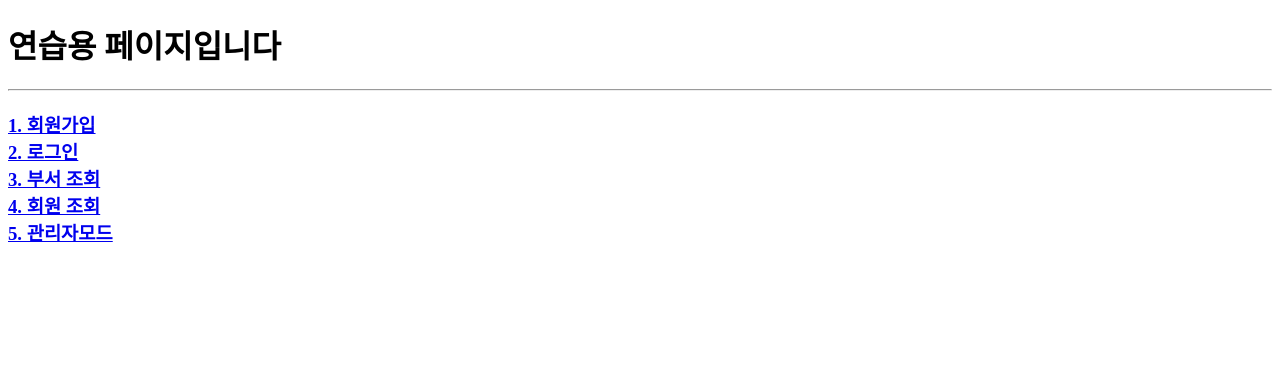
Repository: loseminho/khAcademy-Study
Page: http://localhost/02_SpringMVC_CRUD_TEST/
These files come from the project's save history. The page is drawn as it stood at one moment and after the next save; the edit follows.
The browser window is 1280 px wide. The pictures show the whole page.
The page is served by Tomcat 9. Other server files are loaded and not shown.

Above is the page before, as saved 2022-09-30 08:50:40.

### spring/workspace-sts-3.9.13.RELEASE/02_SpringMVC_CRUD_TEST/src/main/webapp/index.jsp
<%@ page language="java" contentType="text/html; charset=UTF-8"
    pageEncoding="UTF-8"%>
<!DOCTYPE html>
<html>
<head>
<meta charset="UTF-8">
<title>Insert title here</title>
</head>
<body>
	<h1>연습용 페이지입니다</h1>
	<hr>
	<h3>
		<a href="/">1. 회원가입</a><br>
		<a href="/">2. 로그인</a><br>
		<a href="/">3. 부서 조회</a><br>
		<a href="/">4. 회원 조회</a><br>
		<a href="/">5. 관리자모드</a><br>
	</h3>
</body>
</html>

After the next save:
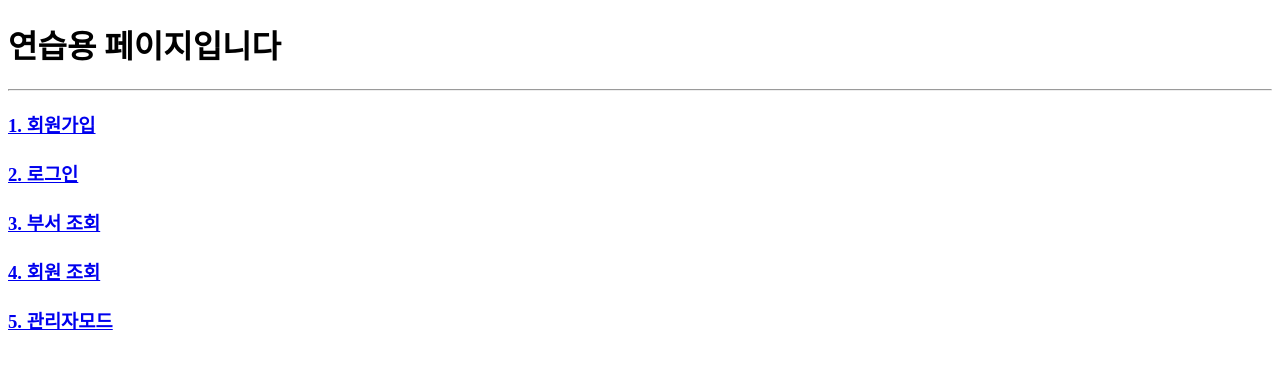
Saved 7 s later.
--- a/spring/workspace-sts-3.9.13.RELEASE/02_SpringMVC_CRUD_TEST/src/main/webapp/index.jsp
+++ b/spring/workspace-sts-3.9.13.RELEASE/02_SpringMVC_CRUD_TEST/src/main/webapp/index.jsp
@@ -10,11 +10,11 @@
 	<h1>연습용 페이지입니다</h1>
 	<hr>
 	<h3>
-		<a href="/">1. 회원가입</a><br>
-		<a href="/">2. 로그인</a><br>
-		<a href="/">3. 부서 조회</a><br>
-		<a href="/">4. 회원 조회</a><br>
-		<a href="/">5. 관리자모드</a><br>
+		<a href="/">1. 회원가입</a><br><br>
+		<a href="/">2. 로그인</a><br><br>
+		<a href="/">3. 부서 조회</a><br><br>
+		<a href="/">4. 회원 조회</a><br><br>
+		<a href="/">5. 관리자모드</a><br><br>
 	</h3>
 </body>
 </html>

After the save that followed:
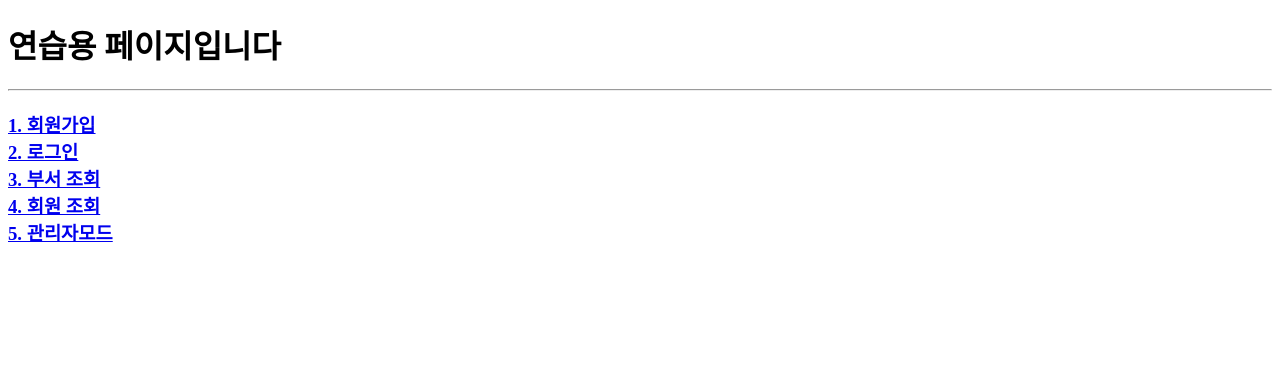
Saved 4 s later.
--- a/spring/workspace-sts-3.9.13.RELEASE/02_SpringMVC_CRUD_TEST/src/main/webapp/index.jsp
+++ b/spring/workspace-sts-3.9.13.RELEASE/02_SpringMVC_CRUD_TEST/src/main/webapp/index.jsp
@@ -10,11 +10,11 @@
 	<h1>연습용 페이지입니다</h1>
 	<hr>
 	<h3>
-		<a href="/">1. 회원가입</a><br><br>
-		<a href="/">2. 로그인</a><br><br>
-		<a href="/">3. 부서 조회</a><br><br>
-		<a href="/">4. 회원 조회</a><br><br>
-		<a href="/">5. 관리자모드</a><br><br>
+		<a href="/">1. 회원가입</a><br>
+		<a href="/">2. 로그인</a><br>
+		<a href="/">3. 부서 조회</a><br>
+		<a href="/">4. 회원 조회</a><br>
+		<a href="/">5. 관리자모드</a><br>
 	</h3>
 </body>
 </html>
